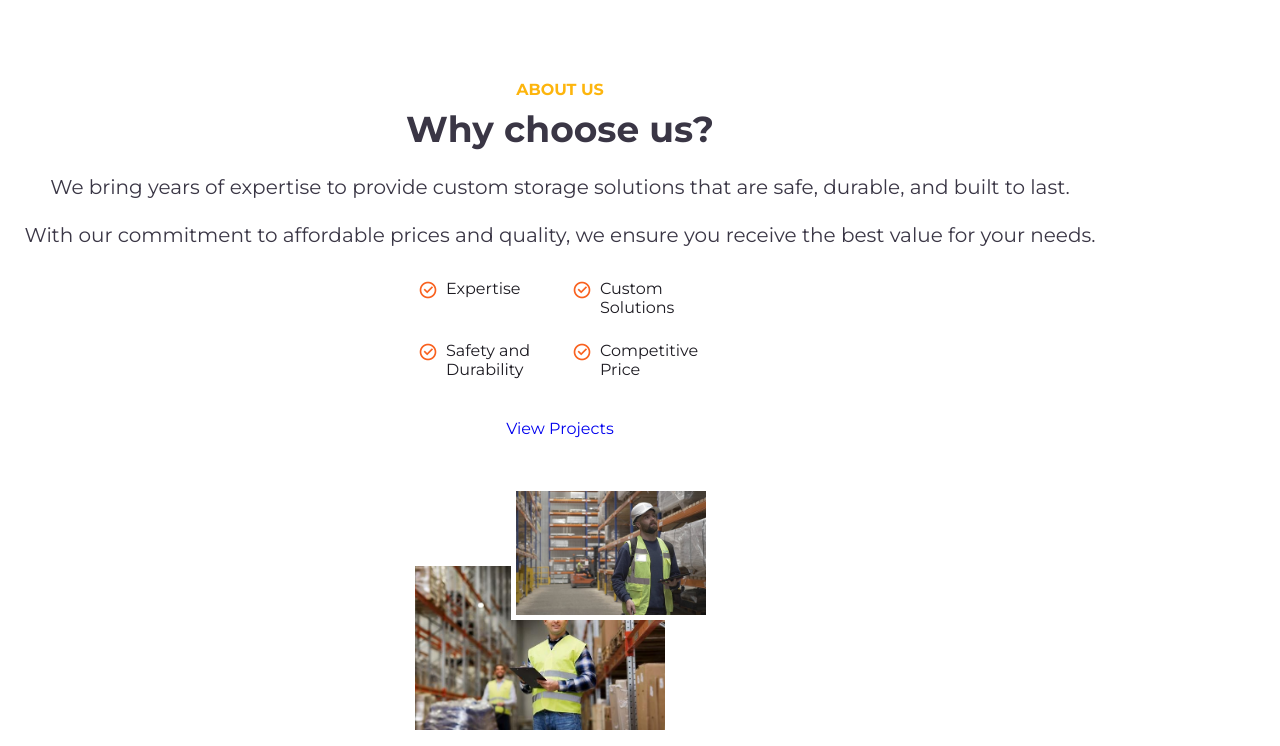
Repository: jahatesu/shelves-and-storage-equipment
Page: index.html
An editor plug-in stored every save of this project. The page is shown before and after the next save, followed by the edit.
The browser window is 1280 px wide. The pictures show the part of the page from y = 720 to 1466 px (the page is 1466 px tall before and 1222 px after).
Backgrounds fixed to the window are drawn as part of the page. Some web fonts or font styles are not loaded; a fallback is used.

Above is the page before, as saved 2025-01-08 15:39:57.
Console error: TypeError: Cannot read properties of null (reading 'querySelector')

After the next save:
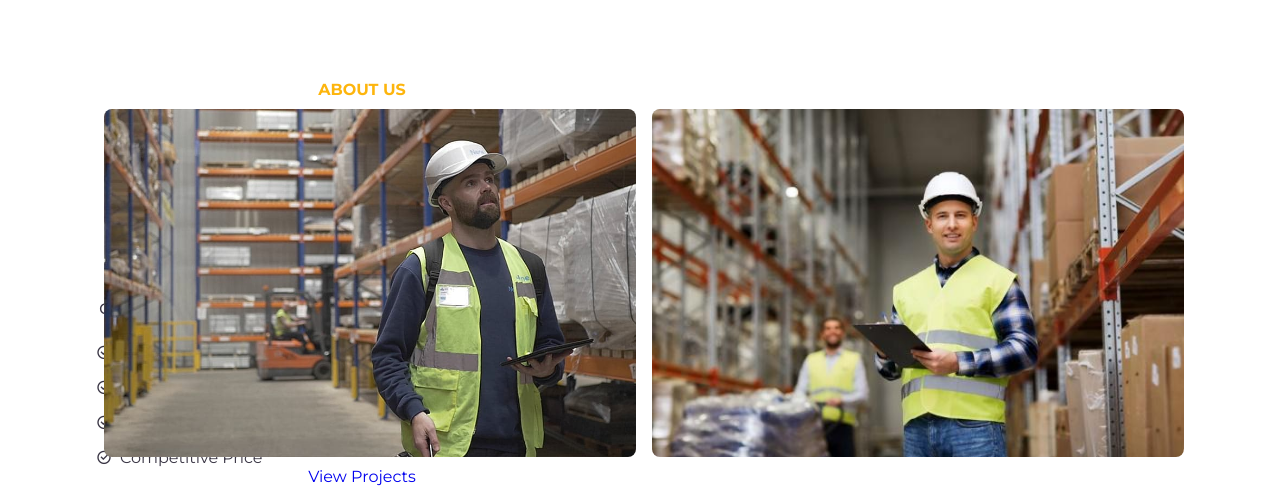
Saved 53 s later.
--- a/style.css
+++ b/style.css
@@ -320,30 +320,23 @@
 }
 
 /* About Section */
-.container{
+.container {
     max-width: 1120px;
-}
-
-.grid{
+    margin: 0 auto;
+    padding: 0 1rem;
+}
+
+.grid {
     display: grid;
     gap: 1.5rem;
-
-}
-
-.section{
+}
+
+.section {
     padding-block: 5rem 1rem;
 }
 
-.section_title{
+.section_title {
     text-align: center;
-
-}
-
-.about_data {
-    text-align: center;
-}
-
-.section_title{
     font-size: var(--h1-font-size);
     font-weight: var(--font-bold);
     margin-bottom: 1.5rem;
@@ -358,52 +351,47 @@
     margin-bottom: .5rem;
 }
 
-
-.about_container{
+.about_container {
     row-gap: 8rem;
-}
-
-.about_data{
+    display: grid;
+    grid-template-columns: 1fr;
+}
+
+.about_data {
     text-align: center;
 }
 
-.about_description{
-    margin-bottom: 2rem;
-}
-
-.about_list{
-    text-align: initial;
-    grid-template-columns: repeat(2, 130px);
+.about_list {
+    display: grid;
+    gap: 1rem;
+}
+
+.about_list-item {
+    display: flex;
+    align-items: center;
+    gap: .5rem;
+}
+
+.about_images {
+    display: flex;
     justify-content: center;
-    gap: 1.5rem;
-    margin-bottom: 2.5rem;
-}
-
-.about_list-item{
-    display: flex;
-    column-gap: .5rem;
-    color: var(--title-color);
-}
-
-.about_list-item i{
-    font-size: 1.25rem;
-    color: var(--first-color)
-}
-
-.about_images{
-    position: relative;
-    justify-self: center;
-}
-
-.about_img1{
-    width: 200px;
-    border: 5px solid var(--body-color);
-    position: absolute;
-    top: -5rem;
-    left: 6rem;
-}
-
-.about_img2{
-    width: 250px;
-    margin-right: 2.5rem;
-}
+    gap: 1rem;
+}
+
+.about_img1, .about_img2 {
+    max-width: 100%;
+    height: auto;
+    border-radius: .5rem;
+}
+
+/* Responsive Design */
+@media (min-width: 768px) {
+    .about_container {
+        grid-template-columns: 1fr 1fr;
+        align-items: center;
+    }
+
+    .about_images {
+        justify-content: flex-end;
+    }
+}

After the save that followed:
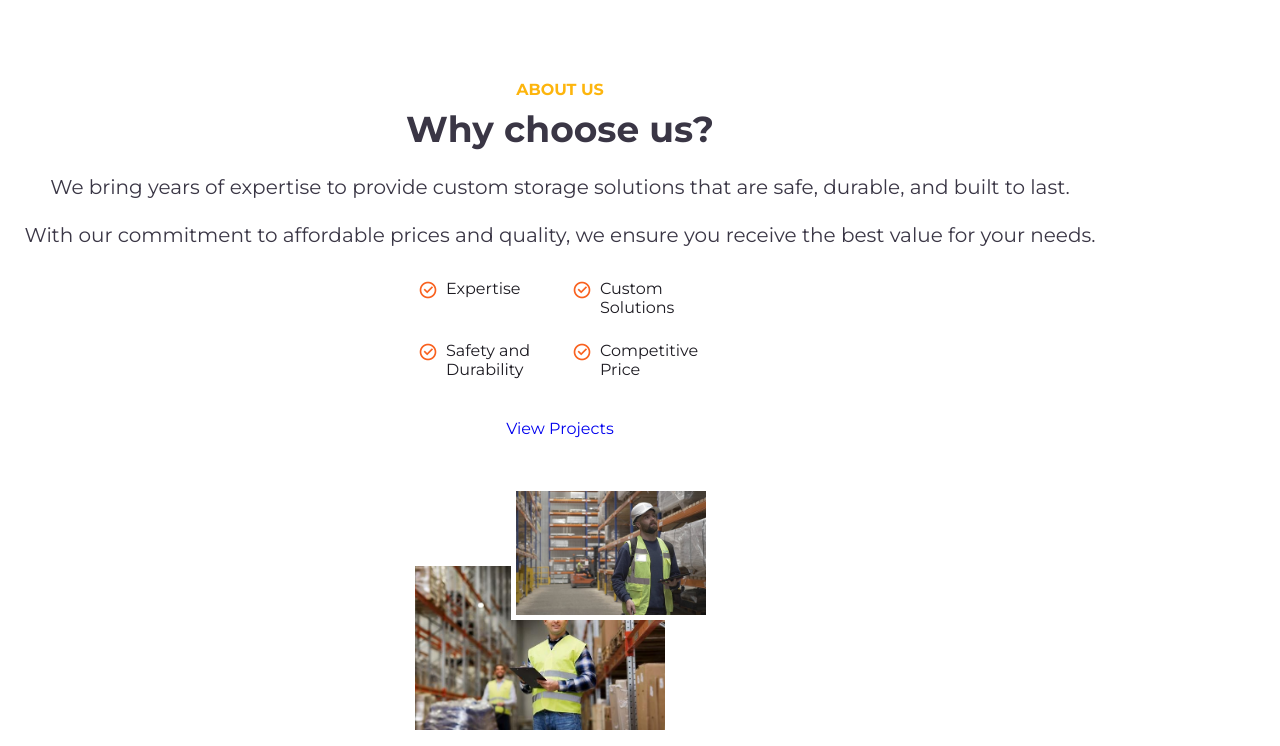
Saved 72 s later.
--- a/style.css
+++ b/style.css
@@ -320,23 +320,30 @@
 }
 
 /* About Section */
-.container {
+.container{
     max-width: 1120px;
-    margin: 0 auto;
-    padding: 0 1rem;
-}
-
-.grid {
+}
+
+.grid{
     display: grid;
     gap: 1.5rem;
-}
-
-.section {
+
+}
+
+.section{
     padding-block: 5rem 1rem;
 }
 
-.section_title {
+.section_title{
     text-align: center;
+
+}
+
+.about_data {
+    text-align: center;
+}
+
+.section_title{
     font-size: var(--h1-font-size);
     font-weight: var(--font-bold);
     margin-bottom: 1.5rem;
@@ -351,47 +358,52 @@
     margin-bottom: .5rem;
 }
 
-.about_container {
+
+.about_container{
     row-gap: 8rem;
-    display: grid;
-    grid-template-columns: 1fr;
-}
-
-.about_data {
+}
+
+.about_data{
     text-align: center;
 }
 
-.about_list {
-    display: grid;
-    gap: 1rem;
-}
-
-.about_list-item {
+.about_description{
+    margin-bottom: 2rem;
+}
+
+.about_list{
+    text-align: initial;
+    grid-template-columns: repeat(2, 130px);
+    justify-content: center;
+    gap: 1.5rem;
+    margin-bottom: 2.5rem;
+}
+
+.about_list-item{
     display: flex;
-    align-items: center;
-    gap: .5rem;
-}
-
-.about_images {
-    display: flex;
-    justify-content: center;
-    gap: 1rem;
-}
-
-.about_img1, .about_img2 {
-    max-width: 100%;
-    height: auto;
-    border-radius: .5rem;
-}
-
-/* Responsive Design */
-@media (min-width: 768px) {
-    .about_container {
-        grid-template-columns: 1fr 1fr;
-        align-items: center;
-    }
-
-    .about_images {
-        justify-content: flex-end;
-    }
-}
+    column-gap: .5rem;
+    color: var(--title-color);
+}
+
+.about_list-item i{
+    font-size: 1.25rem;
+    color: var(--first-color)
+}
+
+.about_images{
+    position: relative;
+    justify-self: center;
+}
+
+.about_img1{
+    width: 200px;
+    border: 5px solid var(--body-color);
+    position: absolute;
+    top: -5rem;
+    left: 6rem;
+}
+
+.about_img2{
+    width: 250px;
+    margin-right: 2.5rem;
+}
